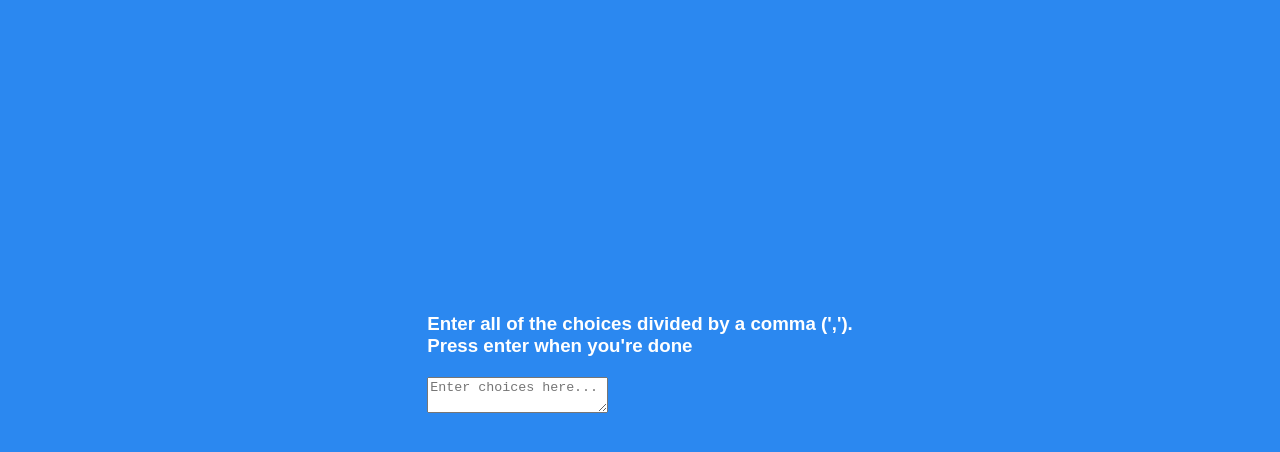
Repository: Williamlmachado/Random-Choice
Page: index.html
An editor plug-in stored every save of this project. The page is shown before and after the next save, followed by the edit.
The browser window is 1280 px wide. The pictures show the whole page.
Some web fonts or font styles are not loaded; a fallback is used.

Above is the page before, as saved 2021-08-23 12:36:43.

After the next save:
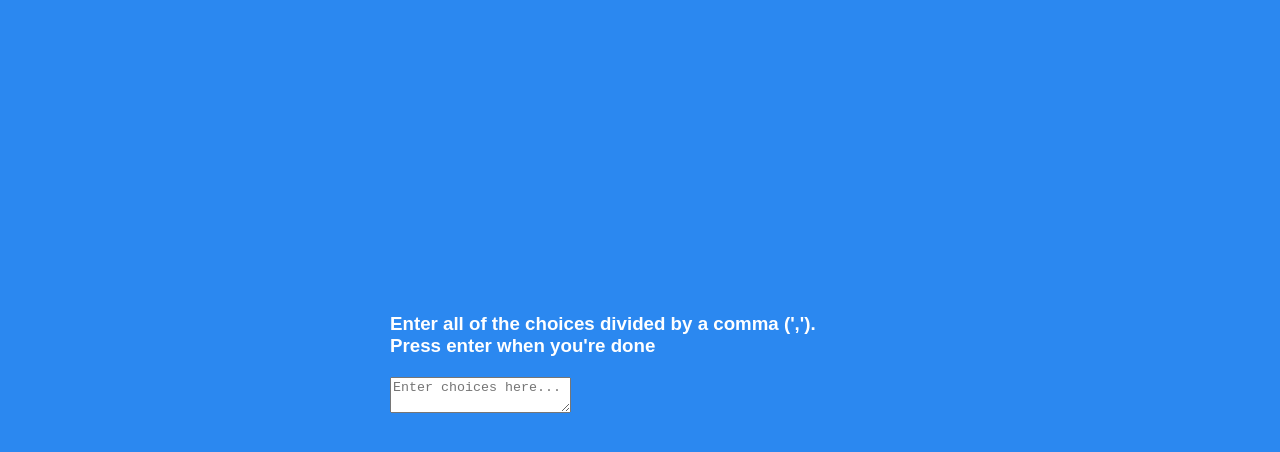
Saved 65 s later.
--- a/style.css
+++ b/style.css
@@ -22,5 +22,14 @@ h3{
 }
 
 .container{
-    width: ;
+    width: 500px;
 }
+
+.textarea{
+    border: none;
+    display: block;
+    width: 100%;
+    height: 100px;
+    font-family: inherit;
+
+}
